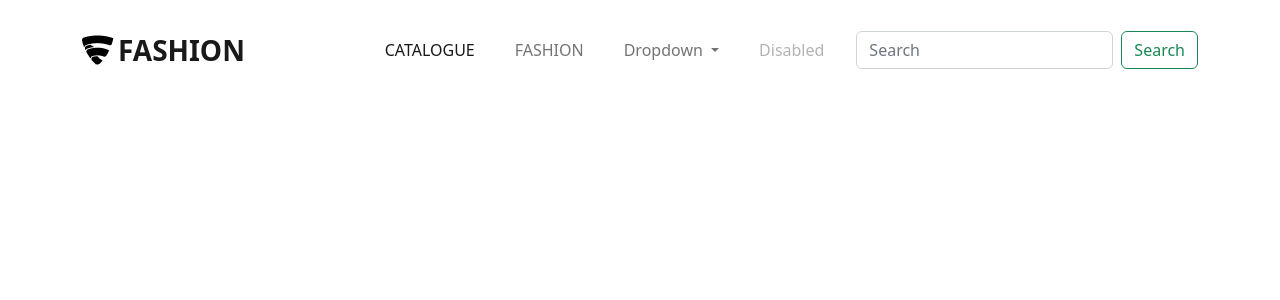
Repository: isaacCodes1/Bootstrap-Nav-Assignment
Page: index.html
These files come from the project's save history. The page is drawn as it stood at one moment and after a run of saves; the edit follows.
The browser window is 1280 px wide. The pictures show the whole page.
Some web libraries are served in a nearby version.

Above is the page before, as saved 2024-03-19 13:22:05.

### index.html
<!DOCTYPE html>
<html lang="en">
  <head>
    <meta charset="UTF-8" />
    <meta name="viewport" content="width=device-width, initial-scale=1.0" />
    <link
      href="https://cdn.jsdelivr.net/npm/bootstrap@5.2.3/dist/css/bootstrap.min.css"
      rel="stylesheet"
      integrity="sha384-rbsA2VBKQhggwzxH7pPCaAqO46MgnOM80zW1RWuH61DGLwZJEdK2Kadq2F9CUG65"
      crossorigin="anonymous"
    />
    <script
      src="https://kit.fontawesome.com/35eb69f0be.js"
      crossorigin="anonymous"
    ></script>
    <link rel="stylesheet" href="/style.css" />
    <title>Bootstrap Assignment</title>
  </head>
  <body>
    <header>
      <nav
        class="navbar navbar-expand-lg navbar-light bg-transparent px-0 py-4"
      >
        <div class="container-lg">
          <a
            class="navbar-brand fs-3 align-items-center d-flex fw-bolder gap-1"
            href="#"
          >
            <img style="width: 20%;" src="/Assets/Vector.png" alt="" />FASHION</a
          >
          <button
            class="navbar-toggler"
            type="button"
            data-bs-toggle="collapse"
            data-bs-target="#navbarSupportedContent"
            aria-controls="navbarSupportedContent"
            aria-expanded="false"
            aria-label="Toggle navigation"
          >
            <span class="navbar-toggler-icon"></span>
          </button>
          <div class="collapse navbar-collapse" id="navbarSupportedContent">
            <ul
              class="navbar-nav ms-auto pe-4 mb-2 mb-lg-0 d-flex gap-4 navList"
            >
              <li class="nav-item">
                <a class="nav-link active" aria-current="page" href="#">CATALOGUE</a>
              </li>
              <li class="nav-item">
                <a class="nav-link" href="#">FASHION</a>
              </li>
              <li class="nav-item dropdown">
                <a
                  class="nav-link dropdown-toggle"
                  href="#"
                  role="button"
                  data-bs-toggle="dropdown"
                  aria-expanded="false"
                >
                  Dropdown
                </a>
                <ul class="dropdown-menu">
                  <li><a class="dropdown-item" href="#">Action</a></li>
                  <li><a class="dropdown-item" href="#">Another action</a></li>
                  <li><hr class="dropdown-divider" /></li>
                  <li>
                    <a class="dropdown-item" href="#">Something else here</a>
                  </li>
                </ul>
              </li>
              <li class="nav-item">
                <a class="nav-link disabled">Disabled</a>
              </li>
            </ul>
            <form class="d-flex" role="search">
              <input
                class="form-control me-2"
                type="search"
                placeholder="Search"
                aria-label="Search"
              />
              <button class="btn btn-outline-success" type="submit">
                Search
              </button>
            </form>
          </div>
        </div>
      </nav>
    </header>
  </body>
  <script
    src="https://cdn.jsdelivr.net/npm/@popperjs/core@2.11.6/dist/umd/popper.min.js"
    integrity="sha384-oBqDVmMz9ATKxIep9tiCxS/Z9fNfEXiDAYTujMAeBAsjFuCZSmKbSSUnQlmh/jp3"
    crossorigin="anonymous"
  ></script>
  <script
    src="https://cdn.jsdelivr.net/npm/bootstrap@5.2.3/dist/js/bootstrap.min.js"
    integrity="sha384-cuYeSxntonz0PPNlHhBs68uyIAVpIIOZZ5JqeqvYYIcEL727kskC66kF92t6Xl2V"
    crossorigin="anonymous"
  ></script>
</html>

Loaded but not shown: style.css (common file)

After the next 2 saves:
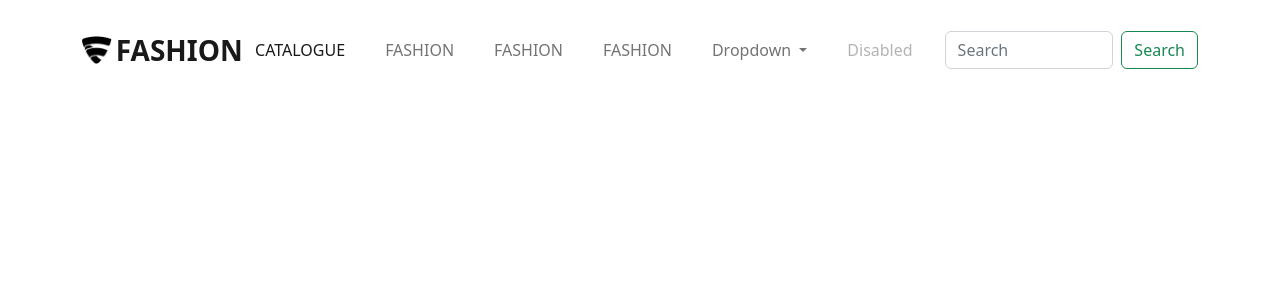
The 2 saves are shown as one change because they came seconds apart.
The last was saved 19 s later.
--- a/index.html
+++ b/index.html
@@ -45,6 +45,12 @@
             >
               <li class="nav-item">
                 <a class="nav-link active" aria-current="page" href="#">CATALOGUE</a>
+              </li>
+              <li class="nav-item">
+                <a class="nav-link" href="#">FASHION</a>
+              </li>
+              <li class="nav-item">
+                <a class="nav-link" href="#">FASHION</a>
               </li>
               <li class="nav-item">
                 <a class="nav-link" href="#">FASHION</a>
